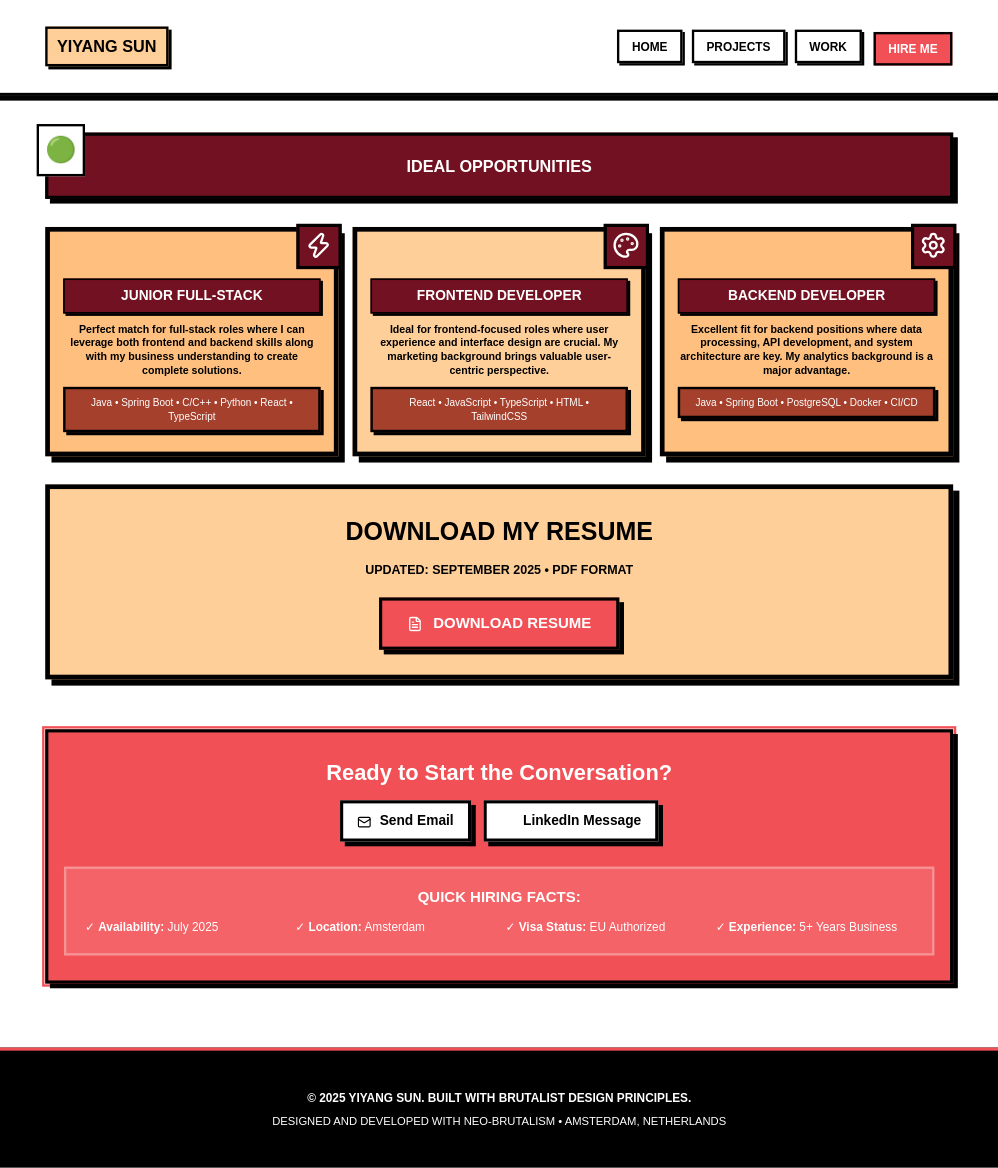
Repository: miloyiyangsun/yiyangsun.github.io
Page: .superdesign/design_iterations/yiyang_hireme_v2.html
These files come from the project's save history. The page is drawn as it stood at one moment and after the next save; the edit follows.
The browser window is 1280 px wide. The pictures show the whole page, at 78% of full size.

Above is the page before, as saved 2025-09-03 21:28:03.

### .superdesign/design_iterations/yiyang_hireme_v2.html
<!DOCTYPE html>
<html lang="en">
  <head>
    <meta charset="UTF-8" />
    <meta name="viewport" content="width=device-width, initial-scale=1.0" />
    <title>Hire Me - Yiyang Sun [Neo-Brutalist Portfolio]</title>
    <meta
      name="description"
      content="Hire Yiyang Sun - Computer Science Student (2025 Graduate) with 5+ years business experience seeking Junior Full-Stack, Frontend, or Backend opportunities in Amsterdam. Neo-brutalist design."
    />

    <!-- Neo-Brutalist Theme -->
    <link rel="stylesheet" href="brutalist_theme_v2.css" />

    <!-- Lucide Icons -->
    <script src="https://unpkg.com/lucide@latest/dist/umd/lucide.min.js"></script>

    <style>
      /* Hire Me specific brutal styles */
      body {
        padding-top: 120px;
        background: #ffffff;
      }

      .main-container {
        max-width: 1200px;
        margin: 0 auto;
        padding: 18px;
      }

      /* Navigation Layout - Right Align */
      .brutalist-nav .main-container {
        display: flex;
        justify-content: space-between;
        align-items: center;
      }

      .nav-links {
        display: flex;
        gap: 4px;
      }

      /* Navigation Brand - Brutalist */
      .nav-brand {
        background: #ffcf99;
        border: 3px solid #000000;
        padding: 8px 12px;
        box-shadow: 4px 4px 0 #000000;
        font-weight: 900;
      }

      /* Hero CTA - Brutal */
      .hire-hero {
        background: #f15156;
        color: #ffffff;
        border: 8px solid #000000;
        padding: 48px 24px;
        text-align: center;
        box-shadow: 12px 12px 0 #000000;
        position: relative;
        margin: 24px 0;
      }

      .hire-hero::before {
        content: "";
        position: absolute;
        top: -30px;
        left: -30px;
        font-size: 4rem;
        background: #ffffff;
        border: 6px solid #000000;
        padding: 16px;
        width: 100px;
        height: 100px;
        display: flex;
        align-items: center;
        justify-content: center;
      }

      .hire-hero .hero-icon {
        position: absolute;
        top: -14px;
        left: -14px;
        color: #000000;
        width: 68px;
        height: 68px;
      }

      .hire-title {
        font-size: 2.5rem;
        font-weight: 900;
        text-transform: uppercase;
        margin: 0 0 18px 0;
        line-height: 0.9;
      }

      .hire-subtitle {
        font-size: 1.2rem;
        font-weight: 700;
        text-transform: uppercase;
        margin-bottom: 24px;
        opacity: 0.95;
      }

      /* Opportunity Cards - Brutal */
      .opportunity-grid {
        display: grid;
        grid-template-columns: repeat(auto-fit, minmax(280px, 1fr));
        gap: 18px;
        margin: 36px 0;
      }

      .opportunity-card {
        background: #ffffff;
        border: 6px solid #000000;
        padding: 17px 17px 17px 17px;
        padding-top: 60px;
        box-shadow: 8px 8px 0 #000000;
        position: relative;
        text-align: center;
      }

      .opportunity-card:hover {
        transform: translate(-4px, -4px);
        box-shadow: 16px 16px 0 #000000;
      }

      .opportunity-card:nth-child(1) {
        background: #ffc07f;
      }

      .opportunity-card:nth-child(2) {
        background: #ffcf99;
      }

      .opportunity-card:nth-child(3) {
        background: #ffc07f;
      }

      .opportunity-card::before {
        content: "";
        position: absolute;
        top: -10px;
        right: -10px;
        width: 50px;
        height: 50px;
        background: #721121;
        border: 4px solid #000000;
        display: flex;
        align-items: center;
        justify-content: center;
      }

      .opportunity-card .card-icon {
        position: absolute;
        top: 0px;
        right: 2px;
        width: 35px;
        height: 35px;
        color: #ffffff;
        z-index: 10;
      }

      .opportunity-icon {
        font-size: 1.8rem;
        display: block;
        margin-bottom: 8px;
      }

      .opportunity-title {
        font-size: 1.1rem;
        font-weight: 900;
        text-transform: uppercase;
        color: #ffffff;
        background: #721121;
        padding: 8px 12px;
        border: 2px solid #000000;
        margin-bottom: 12px;
        box-shadow: 3px 3px 0 #000000;
      }

      .opportunity-description {
        font-size: 0.85rem;
        line-height: 1.3;
        font-weight: 600;
        margin-bottom: 12px;
      }

      /* Skills Match - Brutal */
      .skills-match {
        background: #a5402d;
        color: #ffffff;
        padding: 8px 12px;
        border: 3px solid #000000;
        margin: 8px 0;
        box-shadow: 4px 4px 0 #000000;
        font-size: 0.8rem;
      }

      /* Contact Cards - Brutal */
      .contact-grid {
        display: grid;
        grid-template-columns: repeat(auto-fit, minmax(280px, 1fr));
        gap: 24px;
        margin: 48px 0;
      }

      .contact-card {
        background: #ffffff;
        border: 6px solid #000000;
        padding: 24px;
        text-align: center;
        box-shadow: 6px 6px 0 #000000;
        position: relative;
      }

      .contact-card:hover {
        background: #ffcf99;
        transform: translate(-3px, -3px);
        box-shadow: 11px 11px 0 #000000;
      }

      .contact-card:nth-child(even) {
        background: #ffc07f;
      }

      .contact-card:nth-child(even):hover {
        background: #f15156;
        color: #ffffff;
      }

      .contact-icon {
        width: 64px;
        height: 64px;
        background: #f15156;
        border: 4px solid #000000;
        border-radius: 0;
        margin: 0 auto 18px auto;
        display: flex;
        align-items: center;
        justify-content: center;
        font-size: 1.6rem;
        color: #ffffff;
        box-shadow: 4px 4px 0 #000000;
      }

      .contact-title {
        font-size: 1.2rem;
        font-weight: 900;
        text-transform: uppercase;
        margin-bottom: 10px;
        color: #000000;
      }

      .contact-info {
        font-size: 1.1rem;
        font-weight: 700;
        margin-bottom: 8px;
      }

      .contact-description {
        font-size: 0.9rem;
        font-weight: 600;
        text-transform: uppercase;
        color: #666666;
      }

      /* Value Proposition - Brutal */
      .value-proposition {
        background: #721121;
        color: #ffffff;
        padding: 48px;
        border: 8px solid #000000;
        box-shadow: 12px 12px 0 #000000;
        margin: 64px 0;
      }

      .value-title {
        font-size: 2.5rem;
        font-weight: 900;
        text-transform: uppercase;
        text-align: center;
        margin-bottom: 32px;
      }

      .value-grid {
        display: grid;
        grid-template-columns: repeat(auto-fit, minmax(250px, 1fr));
        gap: 24px;
      }

      .value-item {
        padding: 24px;
        background: rgba(255, 255, 255, 0.1);
        border: 2px solid rgba(255, 255, 255, 0.3);
        text-align: center;
      }

      .value-item-title {
        font-size: 1.2rem;
        font-weight: 900;
        text-transform: uppercase;
        margin-bottom: 12px;
      }

      .value-item-description {
        font-size: 1rem;
        font-weight: 500;
        line-height: 1.4;
      }

      /* Resume Download - Brutal */
      .resume-section {
        background: #ffcf99;
        border: 6px solid #000000;
        padding: 32px;
        text-align: center;
        box-shadow: 8px 8px 0 #000000;
        margin: 32px 0;
      }

      .resume-title {
        font-size: 2rem;
        font-weight: 900;
        text-transform: uppercase;
        margin-bottom: 16px;
      }

      .resume-info {
        font-size: 1rem;
        font-weight: 600;
        margin-bottom: 24px;
        text-transform: uppercase;
      }

      .download-button {
        display: inline-block;
        background: #f15156;
        color: #ffffff;
        padding: 16px 32px;
        border: 4px solid #000000;
        text-decoration: none;
        font-weight: 900;
        font-size: 1.2rem;
        text-transform: uppercase;
        box-shadow: 6px 6px 0 #000000;
      }

      .download-button:hover {
        background: #721121;
        transform: translate(-2px, -2px);
        box-shadow: 8px 8px 0 #000000;
      }

      /* Availability Status - Brutal */
      .availability {
        background: #721121;
        color: #ffffff;
        padding: 24px;
        border: 4px solid #000000;
        text-align: center;
        margin: 32px 0;
        box-shadow: 6px 6px 0 #000000;
        position: relative;
      }

      .availability::before {
        content: "🟢";
        position: absolute;
        top: -15px;
        left: -15px;
        font-size: 2rem;
        background: #ffffff;
        border: 3px solid #000000;
        padding: 8px;
        border-radius: 0;
      }

      .availability-text {
        font-size: 1.3rem;
        font-weight: 900;
        text-transform: uppercase;
      }

      /* Mobile responsive */
      @media (max-width: 768px) {
        .hire-title {
          font-size: 2.5rem;
        }

        .hire-hero {
          padding: 40px 20px;
        }

        .opportunity-grid,
        .contact-grid {
          grid-template-columns: 1fr;
          gap: 16px;
        }

        .opportunity-card {
          padding: 14px;
        }

        .value-proposition {
          padding: 32px 20px;
        }

        .value-title {
          font-size: 2rem;
        }
      }
    </style>
  </head>

  <body>
    <!-- Brutalist Navigation -->
    <nav class="brutalist-nav">
      <div class="main-container">
        <strong class="nav-brand" style="font-size: 1.3rem">YIYANG SUN</strong>
        <div class="nav-links">
          <a href="yiyang_home_v2.html" class="brutalist-nav-item">HOME</a>
          <a href="yiyang_projects_v2.html" class="brutalist-nav-item"
            >PROJECTS</a
          >
          <a href="yiyang_work_v2.html" class="brutalist-nav-item">WORK</a>
          <a href="yiyang_hireme_v2.html" class="brutalist-nav-item active"
            >HIRE ME</a
          >
        </div>
      </div>
    </nav>

    <!-- Main Content -->
    <main class="main-container">
      <!-- Hero CTA -->
      <!-- <section class="hire-hero">
            <i data-lucide="briefcase" class="hero-icon"></i>
            <div class="hire-title">Hire Me Now!</div>
            <div class="hire-subtitle">CS Student (2025 Graduate) with 5+ Years Business Background</div>
            <p style="font-size: 1.2rem; font-weight: 600; max-width: 600px; margin: 0 auto 32px auto;">
                Computer Science student graduating July 2025 seeking Junior Full-Stack, Frontend, or Backend opportunities.
                5+ years international business experience + technical skills.
            </p>
            <a href="mailto:miloyysun@outlook.com?subject=Job Opportunity&body=Hi Yiyang, I'm interested in discussing a software development opportunity with you."
               class="brutalist-button" style="background: #FFFFFF; color: #000000; font-size: 1.2rem; padding: 16px 32px;">
Email Me Today
            </a>
        </section> -->

      <!-- Availability Status -->
      <!-- <section class="availability">
            <div class="availability-text">Available from July 2025 • CS Graduate • Amsterdam Based • EU Work Authorization</div>
        </section> -->
      <section class="availability">
        <div class="availability-text">Ideal Opportunities</div>
      </section>
      <!-- Opportunity Types -->
      <section>
        <!-- <h2 class="title-large brutalist-text-center" style="margin: 64px 0 32px 0;">Ideal Opportunities</h2> -->

        <div class="opportunity-grid">
          <div class="opportunity-card">
            <i data-lucide="zap" class="card-icon"></i>
            <div class="opportunity-title">Junior Full-Stack</div>
            <div class="opportunity-description">
              Perfect match for full-stack roles where I can leverage both
              frontend and backend skills along with my business understanding
              to create complete solutions.
            </div>
            <div class="skills-match">
              Java • Spring Boot • C/C++ • Python • React • TypeScript
            </div>
          </div>

          <div class="opportunity-card">
            <i data-lucide="palette" class="card-icon"></i>
            <div class="opportunity-title">Frontend Developer</div>
            <div class="opportunity-description">
              Ideal for frontend-focused roles where user experience and
              interface design are crucial. My marketing background brings
              valuable user-centric perspective.
            </div>
            <div class="skills-match">
              React • JavaScript • TypeScript • HTML • TailwindCSS
            </div>
          </div>

          <div class="opportunity-card">
            <i data-lucide="settings" class="card-icon"></i>
            <div class="opportunity-title">Backend Developer</div>
            <div class="opportunity-description">
              Excellent fit for backend positions where data processing, API
              development, and system architecture are key. My analytics
              background is a major advantage.
            </div>
            <div class="skills-match">
              Java • Spring Boot • PostgreSQL • Docker • CI/CD
            </div>
          </div>
        </div>
      </section>

      <!-- Value Proposition -->
      <!-- <section class="value-proposition">
            <div class="value-title">Why Hire Me?</div>
            <div class="value-grid">
                <div class="value-item">
                    <div class="value-item-title">Unique Business Background</div>
                    <div class="value-item-description">
                        5+ years of international business experience brings valuable perspective to software development projects
                    </div>
                </div>
                <div class="value-item">
                    <div class="value-item-title">Proven Problem Solver</div>
                    <div class="value-item-description">
                        Demonstrated ability to analyze complex problems and implement effective technical solutions
                    </div>
                </div>
                <div class="value-item">
                    <div class="value-item-title">International Experience</div>
                    <div class="value-item-description">
                        Worked across Singapore, China, and Netherlands - excellent for global teams and cross-cultural projects
                    </div>
                </div>
                <div class="value-item">
                    <div class="value-item-title">Career Transition Success</div>
                    <div class="value-item-description">
                        Successfully transitioned from 5+ years business career to Computer Science, graduating July 2025
                    </div>
                </div>
            </div>
        </section> -->

      <!-- Resume Download -->
      <section class="resume-section">
        <div class="resume-title">Download My Resume</div>
        <div class="resume-info">Updated: September 2025 • PDF Format</div>
        <a
          href="../../assets/resume/Yiyang-Sun-Resume.pdf"
          class="download-button"
          download="Yiyang-Sun-Resume.pdf"
        >
          <i
            data-lucide="file-text"
            style="
              width: 20px;
              height: 20px;
              display: inline-block;
              vertical-align: middle;
              margin-right: 8px;
            "
          ></i>
          Download Resume
        </a>
      </section>

      <!-- Contact Information -->
      <!-- <section>
            <h2 class="title-large brutalist-text-center" style="margin: 64px 0 32px 0;">Let's Connect</h2>

            <div class="contact-grid">
                <div class="contact-card">
                    <div class="contact-icon">📧</div>
                    <div class="contact-title">Email Me</div>
                    <div class="contact-info">miloyysun@outlook.com</div>
                    <div class="contact-description">Primary Communication Method</div>
                </div>

                <div class="contact-card">
                    <div class="contact-icon">💼</div>
                    <div class="contact-title">LinkedIn</div>
                    <div class="contact-info">yiyangsunmilo</div>
                    <div class="contact-description">Professional Networking</div>
                </div>

                <div class="contact-card">
                    <div class="contact-icon">📍</div>
                    <div class="contact-title">Location</div>
                    <div class="contact-info">Amsterdam, Netherlands</div>
                    <div class="contact-description">Available for Local Opportunities</div>
                </div>
            </div>
        </section> -->

      <!-- Final CTA -->
      <section class="brutalist-hero brutalist-bg-red" style="margin: 64px 0">
        <div class="brutalist-text-center">
          <h2 class="title-large" style="color: #ffffff; margin-bottom: 16px">
            Ready to Start the Conversation?
          </h2>
          <!-- <p style="font-size: 1.3rem; font-weight: 700; color: #FFFFFF; margin-bottom: 32px; max-width: 700px; margin-left: auto; margin-right: auto;">
                    Whether you have a specific role in mind or just want to explore possibilities,
                    I'm excited to discuss how my unique background can contribute to your team's success.
                </p> -->
          <div
            style="
              display: flex;
              justify-content: center;
              gap: 16px;
              flex-wrap: wrap;
            "
          >
            <a
              href="mailto:miloyysun@outlook.com?subject=Software Development Opportunity&body=Hi Yiyang, I'm interested in discussing potential opportunities with you."
              class="brutalist-button"
              style="background: #ffffff; color: #000000; font-size: 1.1rem"
            >
              <i
                data-lucide="mail"
                style="
                  width: 18px;
                  height: 18px;
                  display: inline-block;
                  vertical-align: middle;
                  margin-right: 6px;
                "
              ></i>
              Send Email
            </a>
            <a
              href="https://linkedin.com/in/yiyangsunmilo"
              class="brutalist-button"
              style="background: #ffffff; color: #000000; font-size: 1.1rem"
              target="_blank"
            >
              <i
                data-lucide="linkedin"
                style="
                  width: 18px;
                  height: 18px;
                  display: inline-block;
                  vertical-align: middle;
                  margin-right: 6px;
                "
              ></i>
              LinkedIn Message
            </a>
            <!-- <a href="tel:+31626707606"
                       class="brutalist-button" style="background: #FFFFFF; color: #000000; font-size: 1.1rem;">
                        📞 Call: +31 626707606
                    </a> -->
          </div>

          <div
            style="
              margin-top: 32px;
              padding: 24px;
              background: rgba(255, 255, 255, 0.1);
              border: 3px solid rgba(255, 255, 255, 0.3);
            "
          >
            <h3
              style="
                font-size: 1.2rem;
                font-weight: 900;
                text-transform: uppercase;
                margin-bottom: 12px;
              "
            >
              Quick Hiring Facts:
            </h3>
            <div
              style="
                display: grid;
                grid-template-columns: repeat(auto-fit, minmax(150px, 1fr));
                gap: 16px;
                text-align: left;
              "
            >
              <div>✓ <strong>Availability:</strong> July 2025</div>
              <div>✓ <strong>Location:</strong> Amsterdam</div>
              <div>✓ <strong>Visa Status:</strong> EU Authorized</div>
              <div>✓ <strong>Experience:</strong> 5+ Years Business</div>
            </div>
          </div>
        </div>
      </section>
    </main>

    <!-- Footer -->
    <footer
      style="
        background: #000000;
        color: #ffffff;
        padding: 32px;
        text-align: center;
        border-top: 4px solid #f15156;
      "
    >
      <div class="main-container">
        <p
          style="
            font-weight: 700;
            text-transform: uppercase;
            margin-bottom: 8px;
          "
        >
          &copy; 2025 YIYANG SUN. BUILT WITH BRUTALIST DESIGN PRINCIPLES.
        </p>
        <p style="font-size: 0.9rem; text-transform: uppercase">
          Designed and developed with neo-brutalism • Amsterdam, Netherlands
        </p>
      </div>
    </footer>

    <script>
      // Initialize Lucide Icons
      lucide.createIcons();

      // Minimal JavaScript for hire me page
      console.log("💼 HIRE ME PAGE - NEO-BRUTALIST DESIGN LOADED");
      console.log("🚀 READY TO HIRE YIYANG SUN!");

      // Enhanced button press effects for CTA buttons
      document
        .querySelectorAll(".brutalist-button, .download-button, .contact-card")
        .forEach((element) => {
          element.addEventListener("mousedown", function () {
            this.style.transform = "translate(3px, 3px)";
            this.style.boxShadow = "none";
          });

          element.addEventListener("mouseup", function () {
            this.style.transform = "";
            this.style.boxShadow = "";
          });

          element.addEventListener("mouseleave", function () {
            this.style.transform = "";
            this.style.boxShadow = "";
          });
        });

      // Log hiring intent tracking
      document.querySelectorAll('a[href^="mailto:"]').forEach((emailLink) => {
        emailLink.addEventListener("click", function () {
          console.log("📧 EMAIL CLICK - POTENTIAL HIRE INTEREST!");
        });
      });
    </script>
  </body>
</html>

Loaded but not shown: .superdesign/design_iterations/brutalist_theme_v2.css (336 lines, source omitted)

After the next save:
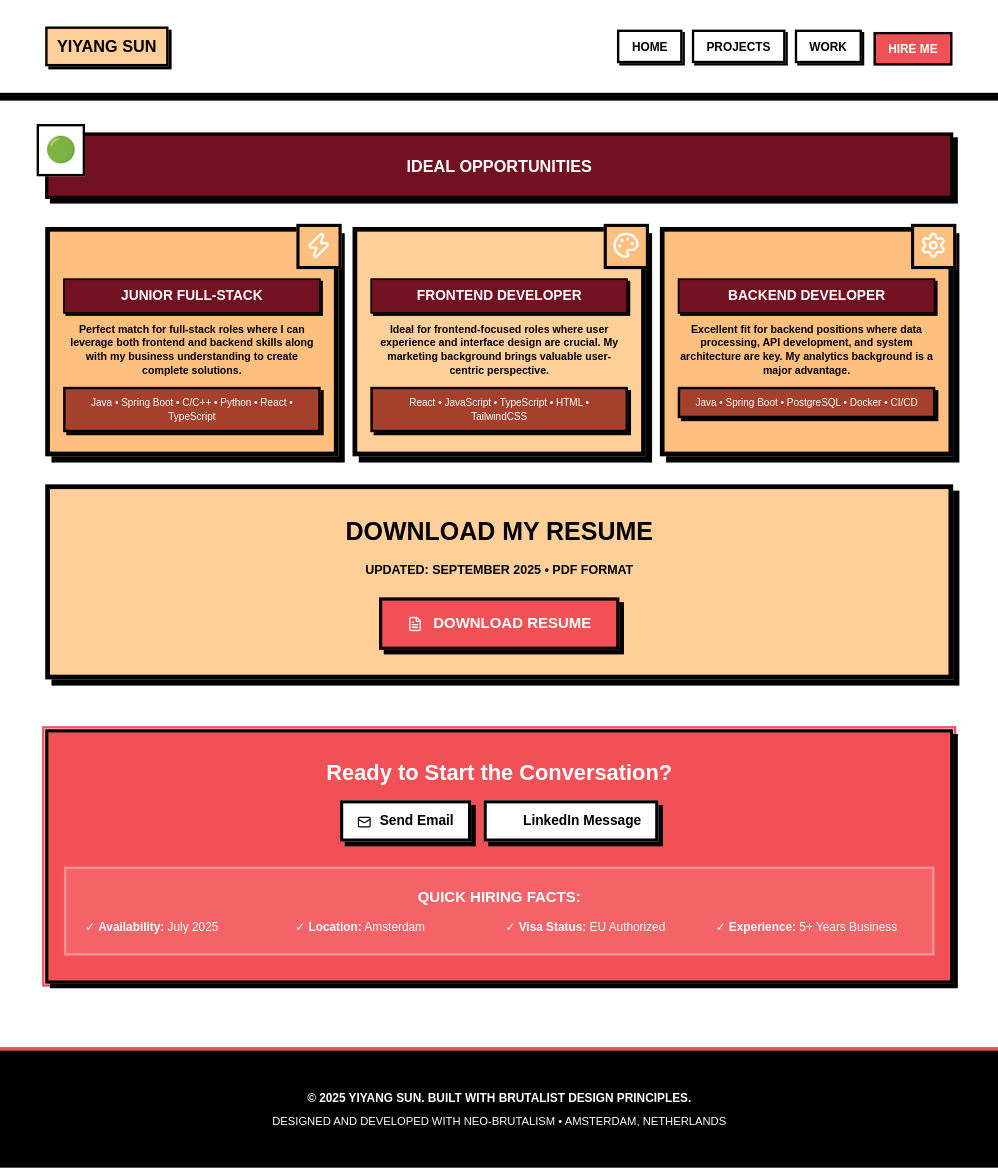
Saved 79 s later.
--- a/.superdesign/design_iterations/yiyang_hireme_v2.html
+++ b/.superdesign/design_iterations/yiyang_hireme_v2.html
@@ -144,7 +144,7 @@
         right: -10px;
         width: 50px;
         height: 50px;
-        background: #721121;
+        background: #ffc07f;
         border: 4px solid #000000;
         display: flex;
         align-items: center;
